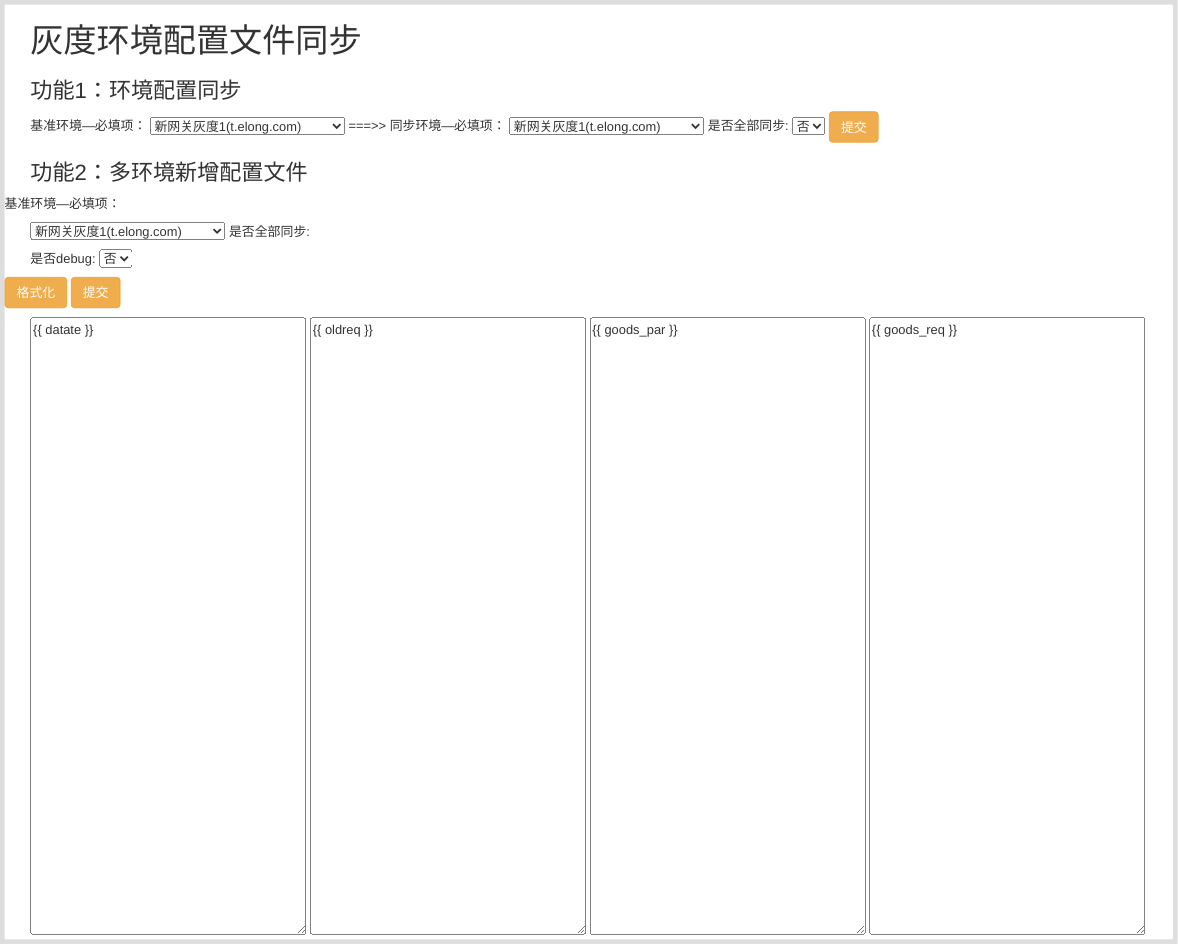
Repository: wangyanqing666/study
Page: other.html
These files come from the project's save history. The page is drawn as it stood at one moment and after the next save; the edit follows.
The browser window is 1280 px wide. The pictures show the whole page, at 92% of full size.

Above is the page before, as saved 2020-09-28 14:18:44.

### other.html

<!DOCTYPE html>
<html lang="en">

<head>
    <meta charset="UTF-8">
    <meta name="viewport" content="width=device-width, initial-scale=1.0">
    <title>Document</title>
    <!-- 最新版本的 Bootstrap 核心 CSS 文件 -->
    <link rel="stylesheet" href="https://cdn.jsdelivr.net/npm/bootstrap@3.3.7/dist/css/bootstrap.min.css"
        integrity="sha384-BVYiiSIFeK1dGmJRAkycuHAHRg32OmUcww7on3RYdg4Va+PmSTsz/K68vbdEjh4u" crossorigin="anonymous">
    <script src="https://cdn.bootcss.com/jquery/3.4.1/jquery.js"></script>
    <style type="text/css">
        div {
            text-indent: 2em;
            /*em是相对单位，2em即现在一个字大小的两倍*/
        }
    </style>
    <script>
        function beautify() {

            $.each($('textarea'), function (i, n) {
                $(this).css({ 'border-color': "" });

                jsonStr = $(this).val();
                var input;
                try {
                    if (jsonStr.length == 0) {
                        return false;
                    } else if (!isJSON(jsonStr)) {
                        $(this).css({ 'border-color': "red" });


                        return alert($(this).prop('placeholder') + '您输入的内容非正规json格式，请检查后重试！');

                    }
                    input = eval('(' + jsonStr + ')');
                } catch (error) {
                    console.log(error);
                    return alert('JSON 格式化错误！');

                }

                $(this).val(JSON.stringify(input, null, 4));

            })


        };

        function isJSON(str) {
            if (typeof str === 'string') {
                try {
                    let obj = JSON.parse(str);
                    if (typeof obj === 'object' && obj) {
                        return obj;
                    } else {
                        return false;
                    }
                } catch (error) {
                    console.log(error);
                    return false;
                }
            }
        };

        $(function () {

            $('#tj1').click(function () {
                var jsonStr = $('#editor1').val();
                var env = $('#env').val();
                var debug = $('#debug').val();
                try {
                    if (jsonStr.length == 0) {
                        return false;
                    } else if (!isJSON(jsonStr)) {

                        return alert('您输入的内容非正规json格式，请检查后重试！');
                    }
                } catch (error) {
                    return alert('JSON 格式化错误！');

                }
                $('#tj1').attr("disabled", true);

                $.ajax({
                    url: '/alaskasend',
                    type: 'POST',
                    dataType: 'json',
                    contentType: 'application/json;charset=UTF-8',
                    data: JSON.stringify({ jstr: jsonStr, env: env, debug: debug }),
                    success: function (respone) {
                        $('#tj1').attr("disabled", false);


                        if (respone.erron == 0) {
                            // alert('接口请求成功')
                            $('#editor2').val(respone.oldreq)
                            $('#editor3').val(respone.goods_par)
                            $('#editor4').val(respone.goods_req)

                        } else {
                            // 请求失败
                            $('#warning1').text(respone.errmsg)
                            $('#tj1').attr("disabled", false);


                        }
                    },
                    error: function () {
                        alert('服务器超时，请重试！');
                    }
                });

            });

        });


    </script>


</head>

<body>
    <div style="border:5px solid #ddd ;text-indent:2em;">
        <h1>灰度环境配置文件同步</h1>
        <div style="text-indent:2em;">
            <h3>功能1：环境配置同步 </h3>
            <h5>
                <span>基准环境—必填项：</span>
                <select id="baseenv" name="baseenv">
                    <option value=1>新网关灰度1(t.elong.com)</option>
                    <option value=2>新网关灰度2(huidu2.vip.elong)</option>
                    <option value=3>新网关灰度3(huidu3.vip.elong)</option>
                    <option value=4>线上环境(api2011.elong.com)</option>
                </select>
                <span>===>></span>
                <span>同步环境—必填项：</span>
                <select id="synenv" name="synenv">
                    <option value=1>新网关灰度1(t.elong.com)</option>
                    <option value=2>新网关灰度2(huidu2.vip.elong)</option>
                    <option value=3>新网关灰度3(huidu3.vip.elong)</option>
                    <option value=4>线上环境(api2011.elong.com)</option>
                </select>
                <span>是否全部同步:</span>
                <select id="debug" name="debug">
                    <option value=0>否</option>
                    <option value=1>是</option>
                </select>
                <span><button type="button" class="btn btn-warning" id="tj1">提交</button></span>

            </h5>

             <h3>功能2：多环境新增配置文件 </h3>
            <span>基准环境—必填项：</span>
            <h5>
            <select id="baseenv" name="baseenv">
                <option value=1>新网关灰度1(t.elong.com)</option>
                <option value=2>新网关灰度2(huidu2.vip.elong)</option>
                <option value=3>新网关灰度3(huidu3.vip.elong)</option>
                <option value=4>线上环境(api2011.elong.com)</option>
            </select>
                            <span>是否全部同步:</span>


            </h5>





            <h5>
                <span>是否debug:</span>
                <select id="debug" name="debug">
                    <option value="false">否</option>
                    <option value="true">是</option>
                </select>
            </h5>
            <button type="button" class="btn btn-warning" id="formatting" onclick="beautify();">格式化</button>

            <button type="button" class="btn btn-warning" id="tj1">提交</button>


            <div class="col-md-12" id="warning">
                <p><strong id="warning1"></strong></p>
            </div>

        </div>
        <div>
            <textarea class="column " style="height: 671px; width: 300px;" id="editor1" placeholder="Fiddle抓包请求"
                spellcheck="false" name="jstr">{{ datate }}</textarea>
            <textarea id="editor2" style="height: 671px; width: 300px;" class="clumn " placeholder="原始出参"
                name="jstr1">{{ oldreq }}</textarea>
            <textarea id="editor3" style="height: 671px; width: 300px;" class="clumn " placeholder="商品库出参"
                name="jstr2">{{ goods_par }}</textarea>
            <textarea id="editor4" style="height: 671px; width: 300px;" class="clumn " placeholder="商品库入参"
                name="jstr2">{{ goods_req }}</textarea>
        </div>

    </div>
</body>

</html>

After the next save:
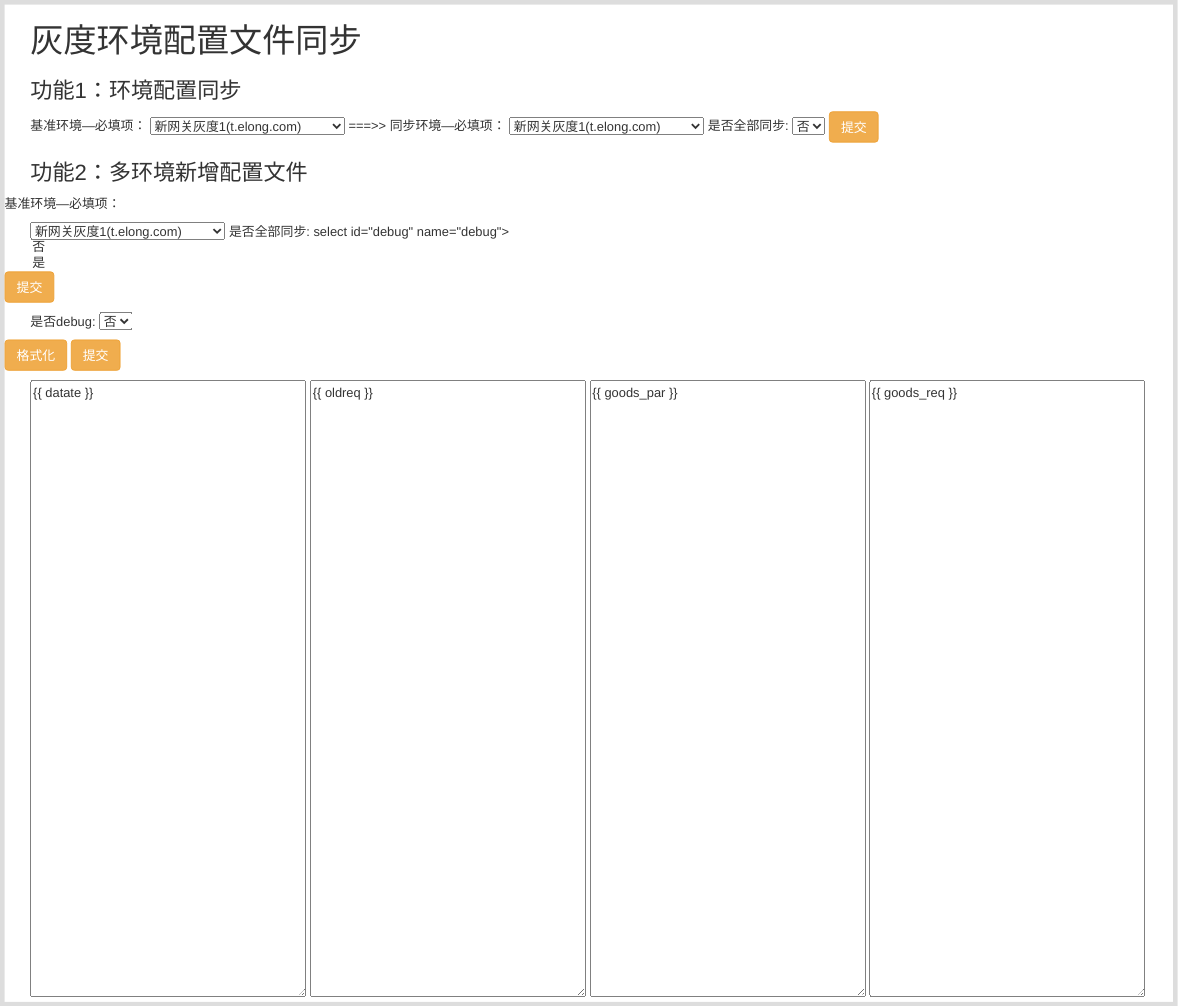
Saved 28 s later.
--- a/other.html
+++ b/other.html
@@ -161,7 +161,12 @@
                 <option value=3>新网关灰度3(huidu3.vip.elong)</option>
                 <option value=4>线上环境(api2011.elong.com)</option>
             </select>
-                            <span>是否全部同步:</span>
+                <span>是否全部同步:</span>
+                select id="debug" name="debug">
+                <option value=0>否</option>
+                <option value=1>是</option>
+                </select>
+                <span><button type="button" class="btn btn-warning" id="tj1">提交</button></span>
 
 
             </h5>
